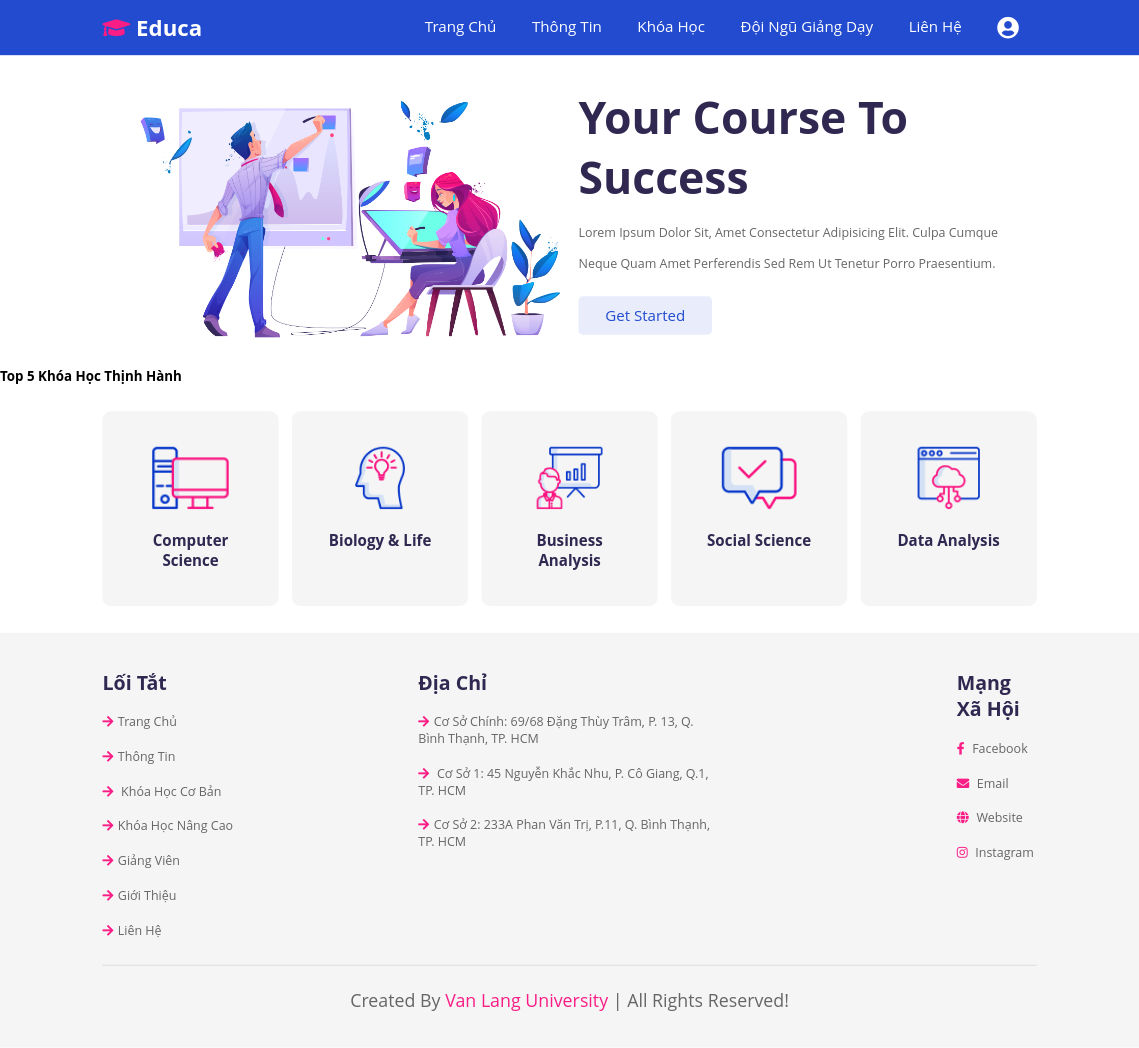
Repository: nhatkhanh022400/Layout
Page: Page-User/home.html
The author's editor kept a copy of each file at every save. The page is drawn from the files as they stood at one save, then again after the next save.
The browser window is 1280 px wide. The pictures show the whole page, at 89% of full size.

Above is the page before, as saved 2022-03-22 16:41:59.
Console error: ReferenceError: $ is not defined

### Page-User/home.html
<!DOCTYPE html>
<html lang="en">
<head>
    <meta charset="UTF-8">
    <meta http-equiv="X-UA-Compatible" content="IE=edge">
    <meta name="viewport" content="width=device-width, initial-scale=1.0">
    <title>home</title>

    <!-- font awesome cdn link  -->
    <link rel="stylesheet" href="https://cdnjs.cloudflare.com/ajax/libs/font-awesome/5.15.4/css/all.min.css">

    <!-- custom css file link  -->
    <link rel="stylesheet" href="css/style.css">
    <link rel="stylesheet" href="https://unpkg.com/aos@next/dist/aos.css" />

</head>
<body>

<!-- header section starts  -->

<header class="header">

    <a href="home.html" class="logo"> <i class="fas fa-graduation-cap"></i> educa </a>

    <div id="menu-btn" class="fas fa-bars"></div>

    <nav class="navbar">
        <ul>
            <li><a href="home.html">Trang Chủ</a></li>
            <li><a href="about.html">Thông Tin</a></li>
            <li><a href="#">Khóa Học</a>
                <ul>
                    <li><a href="course-1.html">Khóa Học Cơ Bản</a></li>
                    <li><a href="course-2.html">Khóa Học Nâng Cao </a></li>

                </ul>
            </li>
            <li>
                <a href="#">Đội Ngũ Giảng Dạy</a>
                <ul>
                    <li><a href="blog.html">Giới Thiệu</a></li>
                    <li><a href="teachers.html">Giảng Viên</a></li>
                </ul>
            </li>
            <li><a href="contact.html">Liên Hệ</a></li>
            <li>
                <a href="#">
                    <i class="fas fa-user-circle"></i>
                </a>
                <ul>
                    <li><a href="user.html">Profile</a></li>
                    <li><a href="sign-up.html">Đăng Xuất</a></li>
                </ul>

            </li>
        </ul>
    </nav>

</header>

<!-- header section ends -->

<!-- home section starts  -->

<section class="home">

    <div class="image">
        <img src="images/home-img.png" alt="">
    </div>

    <div class="content">
        <h3>your course to success</h3>
        <p>Lorem ipsum dolor sit, amet consectetur adipisicing elit. Culpa cumque neque quam amet perferendis sed rem ut tenetur porro praesentium.</p>
        <a href="#" class="btn">get started</a>
    </div>

</section>

<!-- home section ends -->

<!-- categories section starts  -->
<h2>Top 5 Khóa Học Thịnh Hành</h2>
<section class="category">





    <a href="#" class="box">
        <img src="images/category-1.png" alt="">
        <h3>computer science</h3>
    </a>

    <a href="#" class="box">
        <img src="images/category-2.png" alt="">
        <h3>biology & life</h3>
    </a>

    <a href="#" class="box">
        <img src="images/category-3.png" alt="">
        <h3>business analysis</h3>
    </a>

    <a href="#" class="box">
        <img src="images/category-4.png" alt="">
        <h3>social science</h3>
    </a>

    <a href="#" class="box">
        <img src="images/category-5.png" alt="">
        <h3>data analysis</h3>
    </a>

</section>

<!-- categories section ends -->












<!-- footer section starts  -->

<section class="footer" data-aos="fade-right" data-aos-duration="40000">

    <div class="box-container">

        <div class="box">
            <h3>Lối Tắt</h3>
            <a href="home.html"> <i class="fas fa-arrow-right"></i>Trang Chủ</a>
            <a href="about.html"> <i class="fas fa-arrow-right"></i>Thông Tin </a>
            <a href="course-1.html"> <i class="fas fa-arrow-right"></i> Khóa Học Cơ Bản</a>
            <a href="course-2.html"> <i class="fas fa-arrow-right"></i>Khóa Học Nâng Cao</a>
            <a href="teachers.html"> <i class="fas fa-arrow-right"></i>Giảng Viên</a>
            <a href="blog.html"> <i class="fas fa-arrow-right"></i>Giới Thiệu</a>
            <a href="contact.html"> <i class="fas fa-arrow-right"></i>Liên Hệ</a>
        </div>

        <div class="box">
            <h3>Địa Chỉ</h3>
            <a href="#"> <i class="fas fa-arrow-right"></i>Cơ sở chính: 69/68 Đặng Thùy Trâm, P. 13, Q. Bình Thạnh, TP. HCM</a>
            <a href="#"> <i class="fas fa-arrow-right"></i> Cơ sở 1: 45 Nguyễn Khắc Nhu, P. Cô Giang, Q.1, TP. HCM</a>
            <a href="#"> <i class="fas fa-arrow-right"></i>Cơ sở 2: 233A Phan Văn Trị, P.11, Q. Bình Thạnh, TP. HCM</a>

        </div>

        <div class="box" style="margin-left: 25rem;">
            <h3>Mạng Xã Hội</h3>
            <a href="#"> <i class="fab fa-facebook-f"></i> facebook </a>
            <a href="#"> <i class="fas fa-envelope"></i> email</a>
            <a href="#"> <i class="fas fa-globe"></i> website </a>
            <a href="#"> <i class="fab fa-instagram"></i> instagram </a>

        </div>

    </div>

    <div class="credit"> created by <span>Van Lang University</span> | all rights reserved! </div>

</section>

<!-- footer section ends -->

<!-- custom js file link  -->
<script src="js/script.js"></script>
<script src="https://unpkg.com/aos@next/dist/aos.js"></script>
    <script>
        AOS.init();
    </script>
</body>
</html>

### Page-User/css/style.css
@import url("https://fonts.googleapis.com/css2?family=Poppins:wght@100;300;400;500;600&display=swap");
* {
  font-family: 'Open Sans', sans-serif;
  margin: 0;
  padding: 0;
  -webkit-box-sizing: border-box;
  box-sizing: border-box;
  text-transform: capitalize;
  text-decoration: none;
  outline: none;
  border: none;
  -webkit-transition: all 0.2s linear;
  transition: all 0.2s linear;
}

html {
  font-size: 62.5%;
  overflow-x: hidden;
}

section {
  padding: 3rem 9%;
}

.btn {
  display: inline-block;
  margin-top: 1rem;
  padding: 1rem 3rem;
  background: #e9edfb;
  color: #224bcf;
  cursor: pointer;
  border-radius: 0.5rem;
  font-size: 1.7rem;
}

.btn:hover {
  color: #fff;
  background: #224bcf;
}

.heading {
  background: url(../images/heading-bg.png) no-repeat;
  background-size: cover;
  background-position: center;
}

.heading h3 {
  font-size: 3.5rem;
  color: #302851;
}

.heading p {
  font-size: 1.6rem;
  color: #666;
  padding-top: 0.5rem;
}

.heading p a {
  padding-right: 0.5rem;
  color: #fa1d86;
}

.heading p a:hover {
  color: #224bcf;
}

.header {
  position: -webkit-sticky;
  position: sticky;
  top: 0;
  left: 0;
  right: 0;
  z-index: 1000;
  display: -webkit-box;
  display: -ms-flexbox;
  display: flex;
  -webkit-box-align: center;
  -ms-flex-align: center;
  align-items: center;
  -webkit-box-pack: justify;
  -ms-flex-pack: justify;
  justify-content: space-between;
  padding: 0 9%;
  background: #224bcf;
  height: 62px;
}

.header .logo {
  font-size: 2.5rem;
  font-weight: bolder;
  color: #fff;
  text-decoration: none;
}

.header .logo i {
  color: #fa1d86;
}

.header .navbar ul {
  list-style: none;
  width: 100%;
}

.header .fa-user-circle{
  font-size: 25px;
}

.header .navbar ul li {
  position: relative;
  float: left;
}

.header .navbar ul li:hover ul {
  display: block;
}

.header .navbar ul li a {
  padding: 2rem;
  display: block;
  font-size: 1.7rem;
  color: #fff;
  text-decoration: none;
}

.header .navbar ul li a:hover {
  background: #fa1d86;
}

.header .navbar ul li ul {
  position: absolute;
  left: 0;
  width: 20rem;
  background: #224bcf;
  display: none;
}

.header .navbar ul li ul li {
  width: 100%;
}

#menu-btn {
  cursor: pointer;
  color: #fff;
  font-size: 2.5rem;
  display: none;
}

.home {
  display: -webkit-box;
  display: -ms-flexbox;
  display: flex;
  -webkit-box-align: center;
  -ms-flex-align: center;
  align-items: center;
  -ms-flex-wrap: wrap;
  flex-wrap: wrap;
  gap: 2rem;
}

.home .image {
  -webkit-box-flex: 1;
  -ms-flex: 1 1 42rem;
  flex: 1 1 42rem;
}

.home .image img {
  width: 100%;
}

.home .content {
  -webkit-box-flex: 1;
  -ms-flex: 1 1 42rem;
  flex: 1 1 42rem;
}

.home .content h3 {
  color: #302851;
  font-size: 5rem;
}

.home .content p {
  font-size: 1.4rem;
  color: #666;
  padding: 1rem 0;
  line-height: 2.5;
}

.category {
  display: -ms-grid;
  display: grid;
  -ms-grid-columns: (minmax(16rem, 1fr)) [auto-fit];
  grid-template-columns: repeat(auto-fit, minmax(16rem, 1fr));
  gap: 1.5rem;
}

.category .box {
  border-radius: 1rem;
  background: #f5f5f5;
  padding: 4rem 3rem;
  text-align: center;
}

.category .box img {
  height: 7rem;
  margin-bottom: 2rem;
}

.category .box h3 {
  font-size: 1.7rem;
  color: #302851;
}

.about {
  display: -webkit-box;
  display: -ms-flexbox;
  display: flex;
  -webkit-box-align: center;
  -ms-flex-align: center;
  align-items: center;
  -ms-flex-wrap: wrap;
  flex-wrap: wrap;
  gap: 2rem;
}

.about .image {
  -webkit-box-flex: 1;
  -ms-flex: 1 1 42rem;
  flex: 1 1 42rem;
}

.about .image img {
  width: 100%;
}

.about .content {
  -webkit-box-flex: 1;
  -ms-flex: 1 1 42rem;
  flex: 1 1 42rem;
}

.about .content h3 {
  color: #302851;
  font-size: 4.5rem;
}

.about .content p {
  font-size: 1.4rem;
  padding: 1rem 0;
  color: #666;
  line-height: 2.5;
}

.teachers {
  display: -ms-grid;
  display: grid;
  -ms-grid-columns: (minmax(27rem, 1fr)) [auto-fit];
  grid-template-columns: repeat(auto-fit, minmax(27rem, 1fr));
  gap: 1.5rem;

}

.teachers .box {
  text-align: center;
  overflow: hidden;
}

.teachers .box:hover .image .share {
  -webkit-transform: translateY(0);
  transform: translateY(0);
}

.teachers .box:hover .image .share a {
  transform: translateY(10px);
  opacity: 1;
  transition: transform 0.2s 0.2s;
  transition: transform 0.2s 0.2s, -webkit-transform 0.2s 0.2s;
}

.teachers .box:hover .image .share button {
  background-color: transparent;
  color: white;
  font-weight: bold;
  border: 1px solid white;
  padding: 3px 6px;
  border-radius: 3px;
  font-size: 15px;
  transform: translateY(-10px);
  opacity: 1;
  transition: transform 0.2s 0.2s;
}

.teachers .box:hover .image .share .status {
  float: left;
  background-color: transparent;
  color: white;
  font-size: 13px;
  transform: translateY(-10px);
  transition: p 0.2s;
}

.teachers .box .image {
  overflow: hidden;
  height: 32rem;
  width: 100%;
  position: relative;
  border-radius: 1rem;
}

.teachers .box .image .share {
  position: absolute;
  top: 0;
  left: 0;
  height: 100%;
  width: 100%;
  background: rgba(0, 0, 0, 0.7);
  display: -webkit-box;
  display: -ms-flexbox;
  display: flex;
  -webkit-box-align: end;
  -ms-flex-align: end;
  align-items: flex-end;
  -webkit-box-pack: center;
  -ms-flex-pack: center;
  justify-content: center;
  z-index: 10;
  overflow: hidden;
  -webkit-transform: translateY(-100%);
  transform: translateY(-100%);
}

.teachers .box .image .share a {
  font-size: 2.5rem;
  margin: 2rem 1.5rem;
  color: #fff;
  -webkit-transform: translateY(5rem);
  transform: translateY(5rem);
  opacity: 0;
}

.teachers .box .image .share a:hover {
  color: #fa1d86;
}

.teachers .box .image .share button:hover {
  background-color: white;
  color: black;
}

.teachers .box .image img {
  height: 100%;
  width: 100%;
  -o-object-fit: cover;
  object-fit: cover;
}

.teachers .box .content {
  padding-top: 1rem;
}

.teachers .box .content h3 {
  font-size: 2rem;
  color: #302851;
}

.teachers .box .content span {
  color: #666;
  font-size: 1.5rem;
}

.blog {
  display: -ms-grid;
  display: grid;
  -ms-grid-columns: (minmax(31rem, 1fr)) [auto-fit];
  grid-template-columns: repeat(auto-fit, minmax(31rem, 1fr));
  gap: 1.5rem;
}

.blog .box .image {
  height: 25rem;
  width: 100%;
  overflow: hidden;
}

.blog .box .image img {
  height: 100%;
  width: 100%;
  -o-object-fit: cover;
  object-fit: cover;
  border-radius: 0.5rem;
}

.blog .box .content {
  padding: 2rem;
  background: #f5f5f5;
}

.blog .box .content .icons {
  padding: 1.5rem 0;
  margin-bottom: 1rem;
  display: -webkit-box;
  display: -ms-flexbox;
  display: flex;
  -webkit-box-align: center;
  -ms-flex-align: center;
  align-items: center;
  -webkit-box-pack: justify;
  -ms-flex-pack: justify;
  justify-content: space-between;
}

.blog .box .content .icons a {
  font-size: 1.4rem;
  color: #666;
}

.blog .box .content .icons a:hover {
  color: #224bcf;
}

.blog .box .content .icons a i {
  padding-right: 0.5rem;
  color: #224bcf;
}

.blog .box .content h3 {
  font-size: 1.7rem;
  padding: 0.5rem 0;
  color: #302851;
}

.blog .box .content p {
  padding: 1rem 0;
  font-size: 1.4rem;
  line-height: 2.5;
  color: #666;
}

.contact .icons-container {
  display: -ms-grid;
  display: grid;
  -ms-grid-columns: (minmax(30rem, 1fr)) [auto-fit];
  grid-template-columns: repeat(auto-fit, minmax(30rem, 1fr));
  gap: 1.5rem;
}

.contact .icons-container .icons {
  text-align: center;
  padding: 2rem;
  border-radius: 1rem;
  background: #f5f5f5;
  margin-bottom: 2rem;
}

.contact .icons-container .icons i {
  height: 6.5rem;
  width: 6.5rem;
  line-height: 6.5rem;
  font-size: 2.5rem;
  color: #224bcf;
  background: #e9edfb;
  border-radius: 50%;
  text-align: center;
  margin-bottom: 0.5rem;
}

.contact .icons-container .icons h3 {
  font-size: 2rem;
  color: #302851;
  padding: 0.7rem 0;
}

.contact .icons-container .icons p {
  line-height: 2;
  font-size: 1.4rem;
  color: #666;
}

.contact .row {
  display: -webkit-box;
  display: -ms-flexbox;
  display: flex;
  -ms-flex-wrap: wrap;
  flex-wrap: wrap;
  gap: 1.5rem;
}

.contact .row form {
  -webkit-box-flex: 1;
  -ms-flex: 1 1 42rem;
  flex: 1 1 42rem;
  border-radius: 1rem;
  background: #f5f5f5;
  padding: 2rem;
}

.contact .row form h3 {
  font-size: 2.5rem;
  color: #302851;
  margin-bottom: 0.5rem;
}

.contact .row form .box,
.contact .row form textarea {
  width: 100%;
  padding: 1rem 1.2rem;
  font-size: 1.6rem;
  color: #666;
  text-transform: none;
  margin: 1rem 0;
  border-radius: 0.5rem;
  background: #fff;
}

.contact .row form textarea {
  height: 15rem;
  resize: none;
}

.contact .row .map {
  -webkit-box-flex: 1;
  -ms-flex: 1 1 42rem;
  flex: 1 1 42rem;
  width: 100%;
  border-radius: 1rem;
}

.footer {
  background: #f5f5f5;
}

.footer .box-container {
  display: -ms-grid;
  display: grid;
  -ms-grid-columns: (minmax(25rem, 1fr)) [auto-fit];
  grid-template-columns: repeat(auto-fit, minmax(25rem, 1fr));
  gap: 1.5rem;
}

.footer .box-container .box h3 {
  font-size: 2.2rem;
  padding: 1rem 0;
  color: #302851;
}

.footer .box-container .box a {
  display: block;
  font-size: 1.4rem;
  padding: 1rem 0;
  color: #666;
}

.footer .box-container .box a:hover {
  color: #fa1d86;
}

.footer .box-container .box a:hover i {
  padding-right: 2rem;
}

.footer .box-container .box a i {
  color: #fa1d86;
  padding-right: 0.5rem;
}

.footer .credit {
  text-align: center;
  margin-top: 2rem;
  padding: 1rem;
  padding-top: 2.5rem;
  font-size: 2rem;
  color: #666;
  border-top: 0.1rem solid rgba(0, 0, 0, 0.1);
}

.footer .credit span {
  color: #fa1d86;
}

/* =================================user===================================================== */

/* --------------------------------nav----------------------------- */
.border-right{
  font-size: 15px;
}
.form-control:focus {
  box-shadow: none;
  border-color: #BA68C8
}

.profile-button {
  background: rgb(99, 39, 120);
  box-shadow: none;
  border: none
}

.profile-button:hover {
  background: #682773
}

.profile-button:focus {
  background: #682773;
  box-shadow: none
}

.profile-button:active {
  background: #682773;
  box-shadow: none
}

.back:hover {
  color: #682773;
  cursor: pointer
}

.labels {
  font-size: 15px
}

.experience{
  font-size: 13px;
}

.add-experience:hover {
  background: #478cff;
  color: #fff;
  cursor: pointer;
  border: solid 1px #BA68C8
}

/* =============================================================================================== */

/* =================================================sign-up======================================== */

.bg-signup{
  width: 100%;
  min-height: 100vh;
  background-color: #f2f3f5;
  display: flex;
  align-items: center;
  justify-content: center;
  padding: 100px 0;
  background-image: url(../img/login.jpg);
  background-attachment: fixed;
  background-size: cover;
  object-fit: cover;
  background-repeat: no-repeat;
}
.signup {

  padding: 90px 75px;
  background-color: #fff;
  width: 100%;
  max-width: 600px;
  border-radius: 30px;
}

.signup .logo {
  text-align: center;
}
.signup-heading {
  font-size: 40px;
  font-weight: bold;
  color: #373941;
  text-align: center;
  margin-bottom: 35px;
}
.signup-social {
  padding: 10px;
  border-radius: 20px;
  display: block;
  width: 100%;
  color: white;
  font-size: 16px;
  font-weight: bold;
  font-family: "Poppins", sans-serif;
  border: 0;
  background-color: #4c6ff4;
  display: flex;
  align-items: center;
  cursor: pointer;
  outline: none;
  box-shadow: 0 5px 10px 0 rgba(76, 111, 244, 0.5);
}
.signup-social-icon {
  width: 60px;
  height: 60px;
  border-radius: 10px;
  background-color: white;
  display: flex;
  align-items: center;
  justify-content: center;
  color: #4c6ff4;
  font-size: 30px;
}
.signup-social-text {
  display: block;
  margin: 0 auto;
}
.signup-or {
  text-align: center;
  font-size: 16px;
  color: #999;
  margin: 55px auto;
  position: relative;
}
.signup-or span {
  display: inline-block;
  padding: 10px 30px;
  background-color: #fff;
  position: relative;
  z-index: 2;
}
.signup-or:after {
  content: "";
  width: 100%;
  height: 1px;
  background-color: #999;
  position: absolute;
  top: 50%;
  left: 0;
  transform: translateY(-50%);
}
.signup-label {
  font-size: 16px;
  color: #63676b;
  font-weight: 500;
  margin-bottom: 10px;
  display: inline-block;
  cursor: pointer;
}
.signup-input {
  display: block;
  width: 100%;
  padding: 25px;
  border-radius: 14px;
  background-color: #f2f3f5;
  outline: none;
  border: 0;
  font-family: "Poppins", sans-serif;
  font-size: 18px;
  margin-bottom: 30px;
}
.signup-input::-webkit-input-placeholder {
  color: #b4bac0;
  font-weight: 500;
}
.signup-input::-moz-input-placeholder {
  color: #b4bac0;
  font-weight: 500;
}
.signup-submit {
  padding: 25px;
  color: white;
  font-size: 18px;
  text-align: center;
  border: 0;
  outline: none;
  display: inline-block;
  width: 100%;
  border-radius: 14px;
  background-color: rgb(130, 201, 30);
  font-family: "Poppins", sans-serif;
  cursor: pointer;
  font-weight: 600;
  box-shadow: 0 5px 10px 0 rgba(130, 201, 30, 0.5);
  margin-top: 25px;
  margin-bottom: 25px;
}
.signup-already {
  text-align: center;
  font-size: 16px;
  color: #999;
}
.signup-login-link {
  color: #2979ff;
  text-decoration: none;
}
/* ================================================================================================= */

/* ================================================animation========================================== */


@media (max-width: 1200px) {
  html {
    font-size: 55%;
  }
  section {
    padding: 3rem 2rem;
  }
}

@media (max-width: 768px) {
  #menu-btn {
    display: inline-block;
  }
  .header {
    padding: 2rem;
  }
  .header .navbar {
    position: absolute;
    top: 99%;
    left: 0;
    right: 0;
    background: #224bcf;
    -webkit-clip-path: polygon(0 0, 100% 0, 100% 0, 0 0);
    clip-path: polygon(0 0, 100% 0, 100% 0, 0 0);
  }
  .header .navbar.active {
    -webkit-clip-path: polygon(0 0, 100% 0, 100% 100%, 0 100%);
    clip-path: polygon(0 0, 100% 0, 100% 100%, 0 100%);
  }
  .header .navbar ul li {
    width: 100%;
  }
  .header .navbar ul li ul {
    width: 100%;
    position: relative;
  }
  .about .content h3 {
    font-size: 3rem;
  }
  .main-video video {
    width: 95%;
    border-width: 0.2rem;
  }
}

@media (max-width: 450px) {
  html {
    font-size: 50%;
  }
}

### Page-User/js/script.js
let navbar = document.querySelector('.header .navbar');

document.querySelector('#menu-btn').onclick = () =>{
    navbar.classList.toggle('active');
}

window.onscroll = () =>{
    navbar.classList.remove('active');
}

$(document).ready(function(){
    $(window).scroll(function(){
        $(".teachersani").each(function(){
            const pos = $(this).offset().top;
            const winTop = $(window).scrollTop();
            if (pos < winTop + 600) {
                $(this).addClass("slide");
            }
        })
    })
})

After the next save:
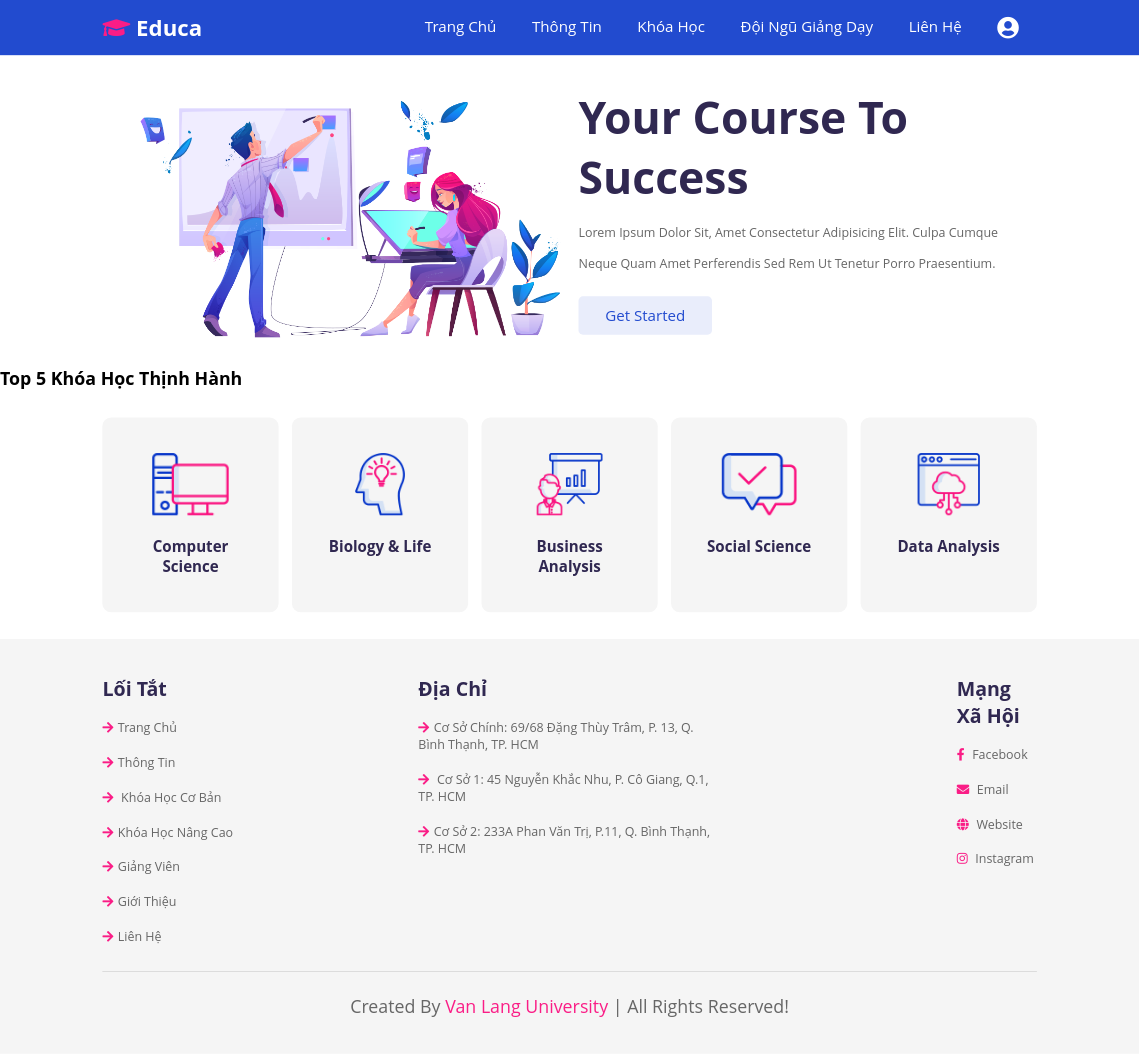
Saved 12 s later.
--- a/Page-User/home.html
+++ b/Page-User/home.html
@@ -79,7 +79,7 @@
 <!-- home section ends -->
 
 <!-- categories section starts  -->
-<h2>Top 5 Khóa Học Thịnh Hành</h2>
+<h1>Top 5 Khóa Học Thịnh Hành</h1>
 <section class="category">
 
 
